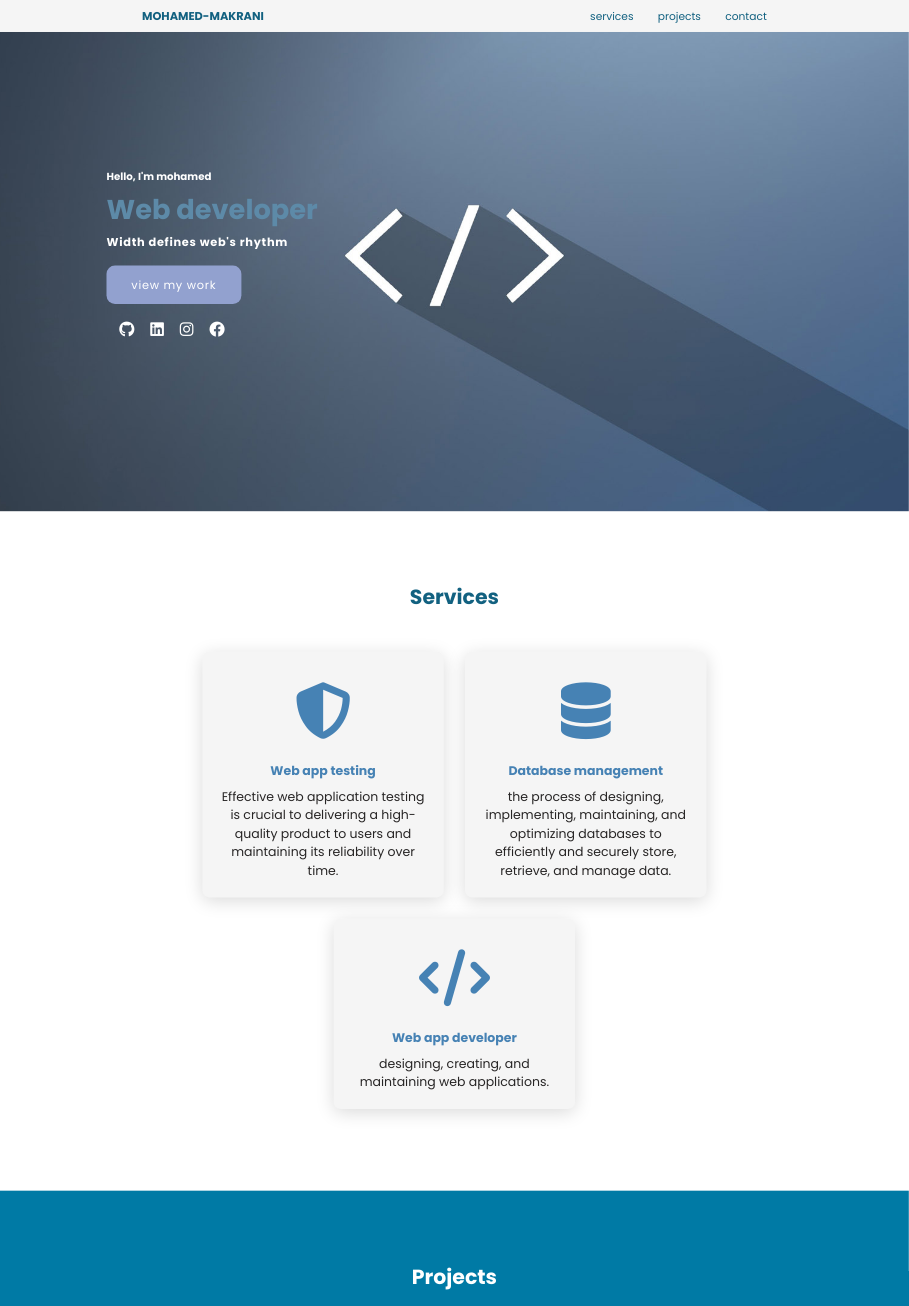
Repository: mohamed-makrani/Portfolio
Page: indixe.html
An editor plug-in stored every save of this project. The page is shown before and after the next save, followed by the edit.
The browser window is 1280 px wide. The pictures show the part of the page from y = 0 to 1840 px (the page is 2417 px tall), at 71% of full size.
A picture or video elsewhere on the page could not be fetched, so the positions and the page height are approximate. Backgrounds fixed to the window are drawn as part of the page.

Above is the page before, as saved 2023-09-16 23:15:10.

After the next save:
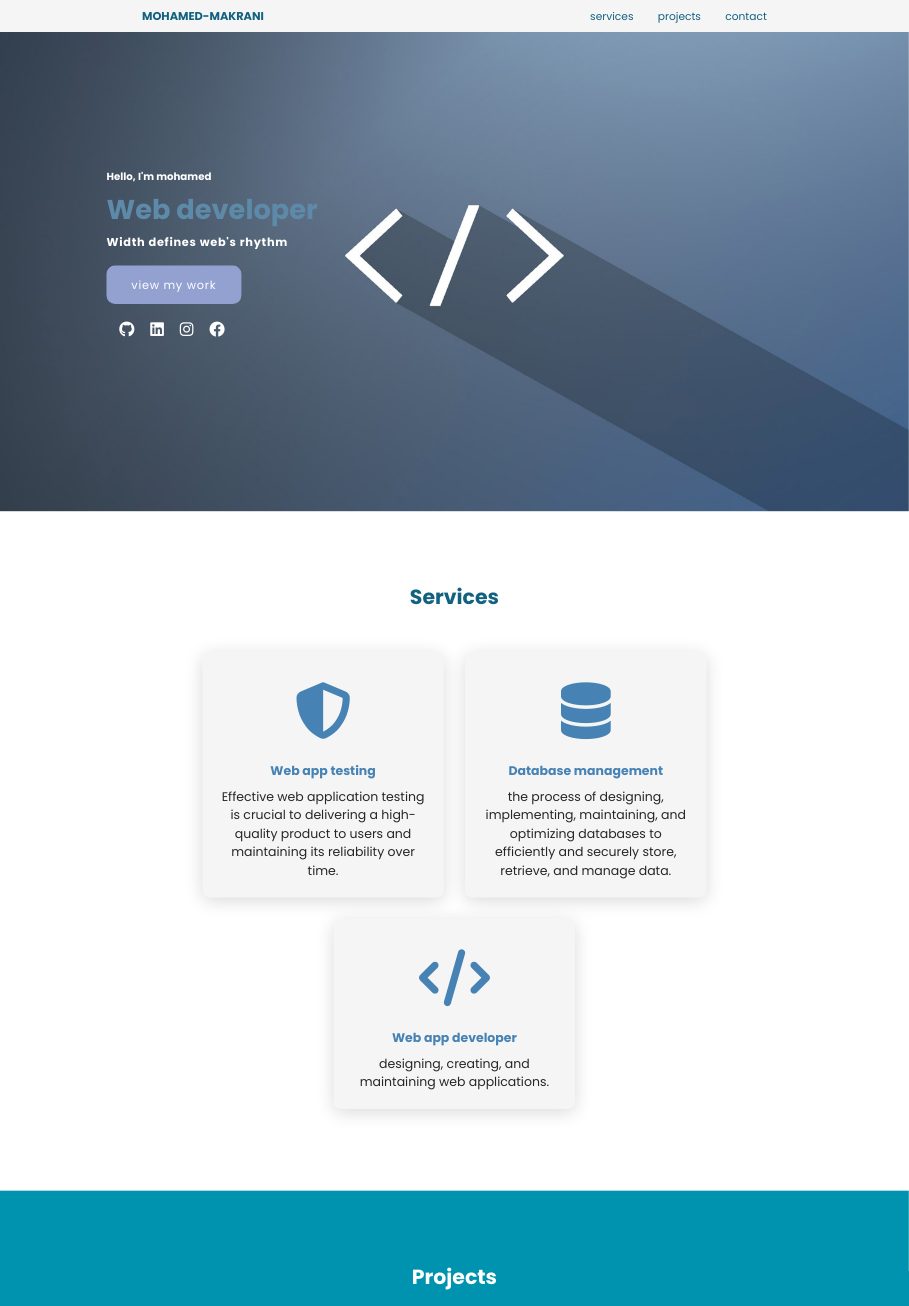
Saved 28 s later.
--- a/style.css
+++ b/style.css
@@ -160,7 +160,7 @@ transition: 0.7s ease;
 
 }
 .Projects{
-   background-color: #007aa5;
+   background-color: #0093af;
 }
 .projec-title{
 
